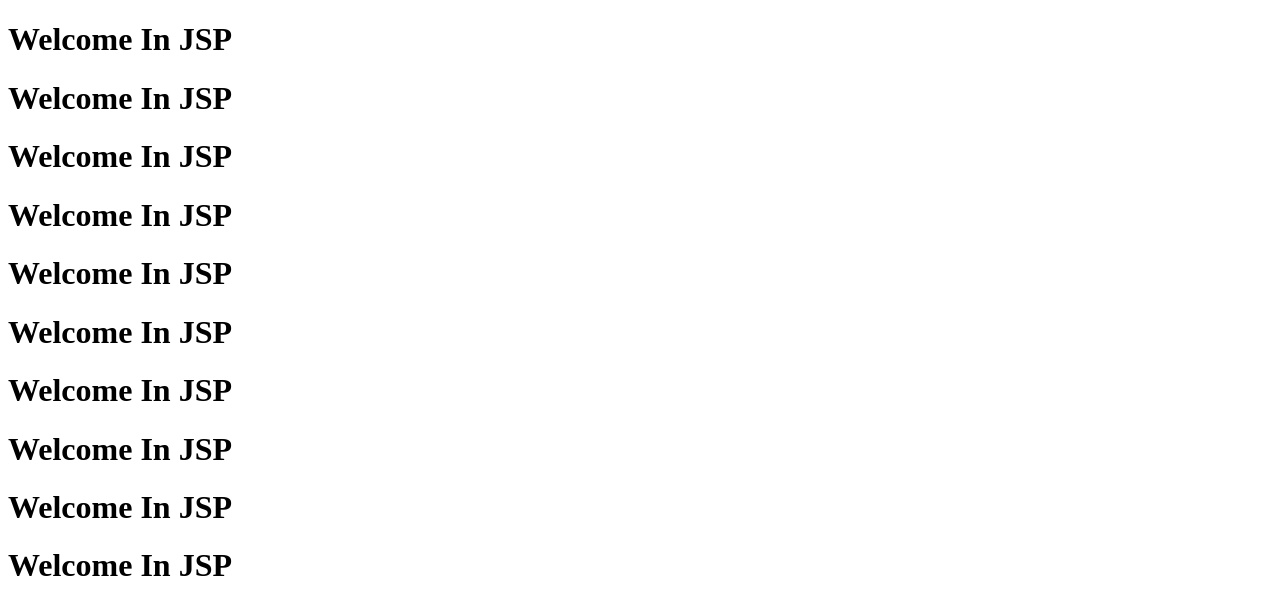
Repository: meanbypawan/j2eebatch
Page: http://localhost/TestJsp/first.jsp
An editor plug-in stored every save of this project. The page is shown before and after the next save, followed by the edit.
The browser window is 1280 px wide. The pictures show the whole page.
The page is served by Tomcat 9.

Above is the page before, as saved 2024-05-23 14:14:07.

After the next save:
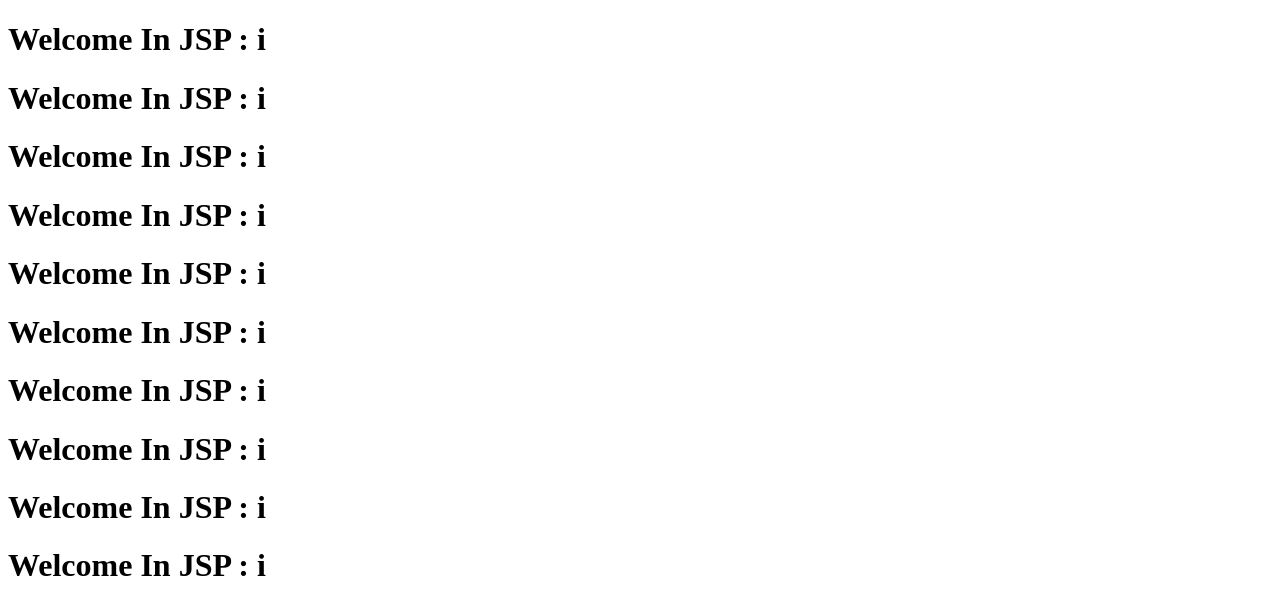
Saved 62 s later.
--- a/TestJsp/src/main/webapp/first.jsp
+++ b/TestJsp/src/main/webapp/first.jsp
@@ -10,7 +10,7 @@
  <%
   for(int i=1; i<=10; i++){%>
 
-	  <h1>Welcome In JSP</h1>
+	  <h1>Welcome In JSP : i</h1>
 
   <%}
  %>
